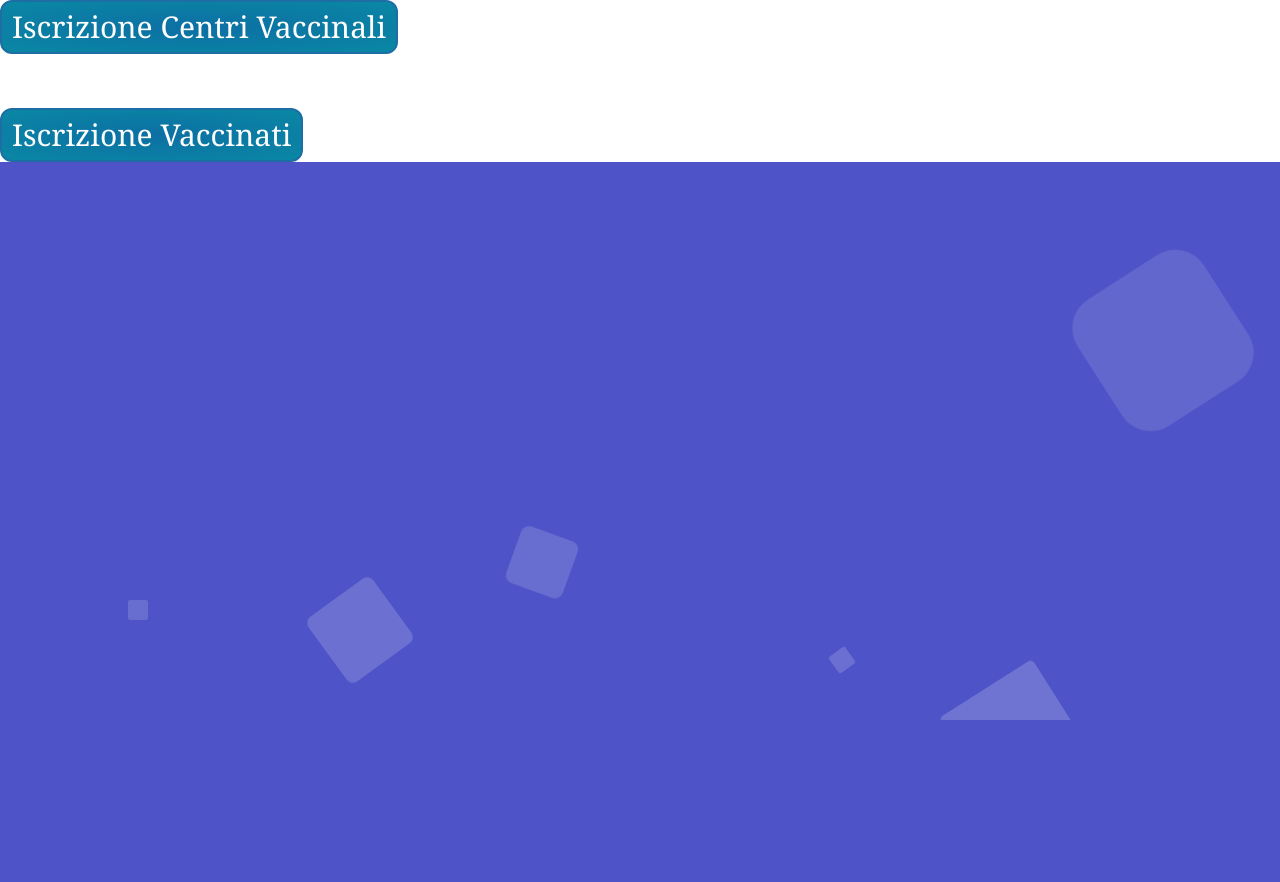
Repository: Jok98/CentriVaccinaliWebApp
Page: http://localhost/CentriVaccinaliOperatori/
These files come from the project's save history. The page is drawn as it stood at one moment and after the next save; the edit follows.
The browser window is 1280 px wide. The pictures show the whole page.
Some web fonts or font styles are not loaded; a fallback is used. The page is served by Tomcat 9.

Above is the page before, as saved 2022-09-24 14:00:06.

### CentriVaccinaliOperatori/src/main/webapp/index.jsp
<%@ page language="java" contentType="text/html; charset=ISO-8859-1"
	pageEncoding="ISO-8859-1"%>
<!DOCTYPE html>
<html>
<head>
<meta charset="ISO-8859-1">
<link rel="stylesheet" href="operatori.css">
<link rel="stylesheet" href="background.css">
<title>Operatori Centri Vaccinali</title>
</head>
<body>

		<form action="http://programminghead.com">
			<input class="button" class="context" type="submit"
				value="Iscrizione Centri Vaccinali">
		</form>
		<br> <br> <br>
			<button id="myButton" class="button">Iscrizione Vaccinati</button>




	<div class="area">
		<ul class="circles">
			<li></li>
			<li></li>
			<li></li>
			<li></li>
			<li></li>
			<li></li>
			<li></li>
			<li></li>
			<li></li>
			<li></li>
		</ul>
	</div>

</body>
		<script type="text/javascript">
			document.getElementById("myButton").onclick = function() {
				location.href = "iscrizionecentrovax.jsp";
			};
		</script>
</html>

### CentriVaccinaliOperatori/src/main/webapp/operatori.css
@charset "ISO-8859-1";

/* bottoni */
.button {
color: rgb(255, 255, 255);
font-size: 30px; line-height: 30px;
padding: 10px;
border-radius: 12px;
font-family: Georgia, serif;
font-weight: normal;
text-decoration: none;
font-style: normal;
font-variant: normal;
text-transform: none;
background-image: radial-gradient(at center center, rgb(12, 111, 164) 0%, rgb(10, 136, 164) 100%, rgb(12, 111, 164) 100%);
box-shadow: rgba(0, 0, 0, 0) 81px -57px 0px 0px;
border: 2px solid rgb(28, 110, 164);
display: inline-block;}
.button:hover {
background: #80c3ff; }
.button:active {
background: #1ca4ff; }

### CentriVaccinaliOperatori/src/main/webapp/background.css
@charset "ISO-8859-1";
@import url('https://fonts.googleapis.com/css?family=Exo:400,700');

*{
    margin: 0px;
    padding: 0px;
}

body{
    font-family: 'Exo', sans-serif;
}


.context {
    width: 100%;
    position: absolute;
    top:50vh;

}

.context h1{
    text-align: center;
    color: #fff;
    font-size: 50px;
}


.area{
    background: #4e54c8;
    background: -webkit-linear-gradient(to left, #8f94fb, #4e54c8);
    width: 100%;
    height:100vh;


}

.circles{
    position: absolute;
    top: 0;
    left: 0;
    width: 100%;
    height: 100%;
    overflow: hidden;
}

.circles li{
    position: absolute;
    display: block;
    list-style: none;
    width: 20px;
    height: 20px;
    background: rgba(255, 255, 255, 0.2);
    animation: animate 25s linear infinite;
    bottom: -150px;

}

.circles li:nth-child(1){
    left: 25%;
    width: 80px;
    height: 80px;
    animation-delay: 0s;
}


.circles li:nth-child(2){
    left: 10%;
    width: 20px;
    height: 20px;
    animation-delay: 2s;
    animation-duration: 12s;
}

.circles li:nth-child(3){
    left: 70%;
    width: 20px;
    height: 20px;
    animation-delay: 4s;
}

.circles li:nth-child(4){
    left: 40%;
    width: 60px;
    height: 60px;
    animation-delay: 0s;
    animation-duration: 18s;
}

.circles li:nth-child(5){
    left: 65%;
    width: 20px;
    height: 20px;
    animation-delay: 0s;
}

.circles li:nth-child(6){
    left: 75%;
    width: 110px;
    height: 110px;
    animation-delay: 3s;
}

.circles li:nth-child(7){
    left: 35%;
    width: 150px;
    height: 150px;
    animation-delay: 7s;
}

.circles li:nth-child(8){
    left: 50%;
    width: 25px;
    height: 25px;
    animation-delay: 15s;
    animation-duration: 45s;
}

.circles li:nth-child(9){
    left: 20%;
    width: 15px;
    height: 15px;
    animation-delay: 2s;
    animation-duration: 35s;
}

.circles li:nth-child(10){
    left: 85%;
    width: 150px;
    height: 150px;
    animation-delay: 0s;
    animation-duration: 11s;
}



@keyframes animate {

    0%{
        transform: translateY(0) rotate(0deg);
        opacity: 1;
        border-radius: 0;
    }

    100%{
        transform: translateY(-1000px) rotate(720deg);
        opacity: 0;
        border-radius: 50%;
    }

}

After the next save:
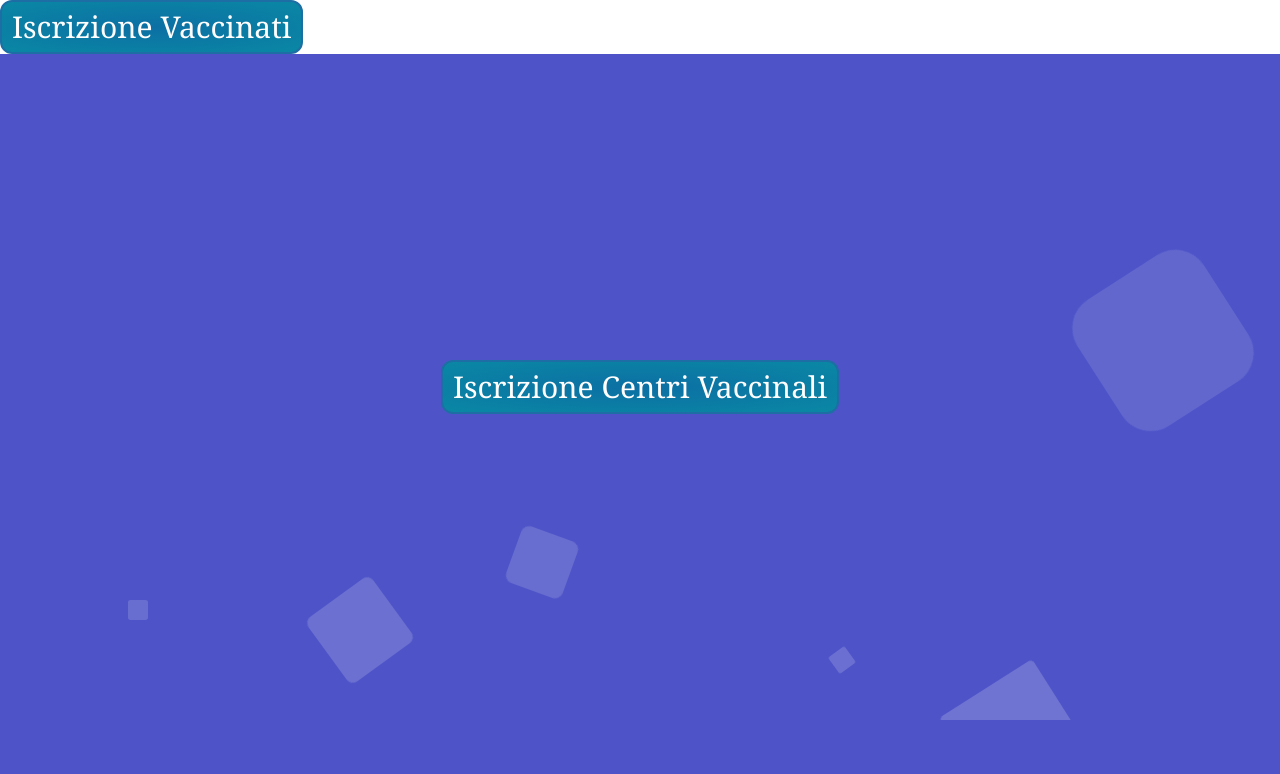
Saved 29 s later.
--- a/CentriVaccinaliOperatori/src/main/webapp/index.jsp
+++ b/CentriVaccinaliOperatori/src/main/webapp/index.jsp
@@ -9,16 +9,20 @@
 <title>Operatori Centri Vaccinali</title>
 </head>
 <body>
-
+	<div class="context" align=center>
 		<form action="http://programminghead.com">
 			<input class="button" class="context" type="submit"
 				value="Iscrizione Centri Vaccinali">
 		</form>
 		<br> <br> <br>
+
+	</div>
 			<button id="myButton" class="button">Iscrizione Vaccinati</button>
-
-
-
+		<script type="text/javascript">
+			document.getElementById("myButton").onclick = function() {
+				location.href = "iscrizionecentrovax.jsp";
+			};
+		</script>
 
 	<div class="area">
 		<ul class="circles">
@@ -36,9 +40,4 @@
 	</div>
 
 </body>
-		<script type="text/javascript">
-			document.getElementById("myButton").onclick = function() {
-				location.href = "iscrizionecentrovax.jsp";
-			};
-		</script>
 </html>
